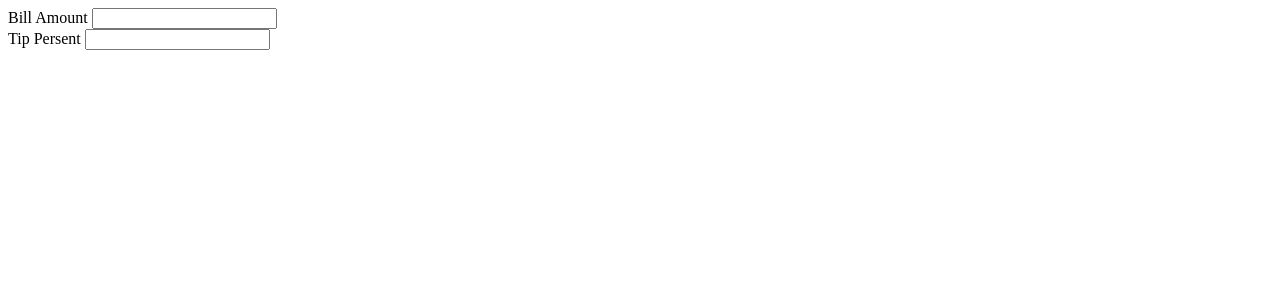
Repository: ZainAkbar51214/Tip-Calculator
Page: index.html
An editor plug-in stored every save of this project. The page is shown before and after the next save, followed by the edit.
The browser window is 1280 px wide. The pictures show the whole page.

Above is the page before, as saved 2024-03-25 09:44:33.

After the next save:
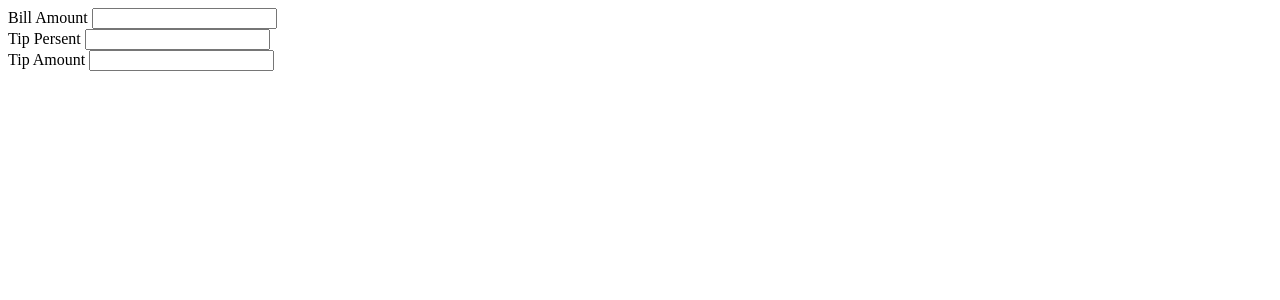
Saved 39 s later.
--- a/index.html
+++ b/index.html
@@ -15,6 +15,10 @@
                     <br>
                     <label>Tip Persent</label>
                     <input type="text" name="" id="tip_persent">
+                    <br>
+                    <label>Tip Amount</label>
+                    <input type="text" name="" id="tip_persent">
+                    <br>
                 </div>
             </div>
         </div>
